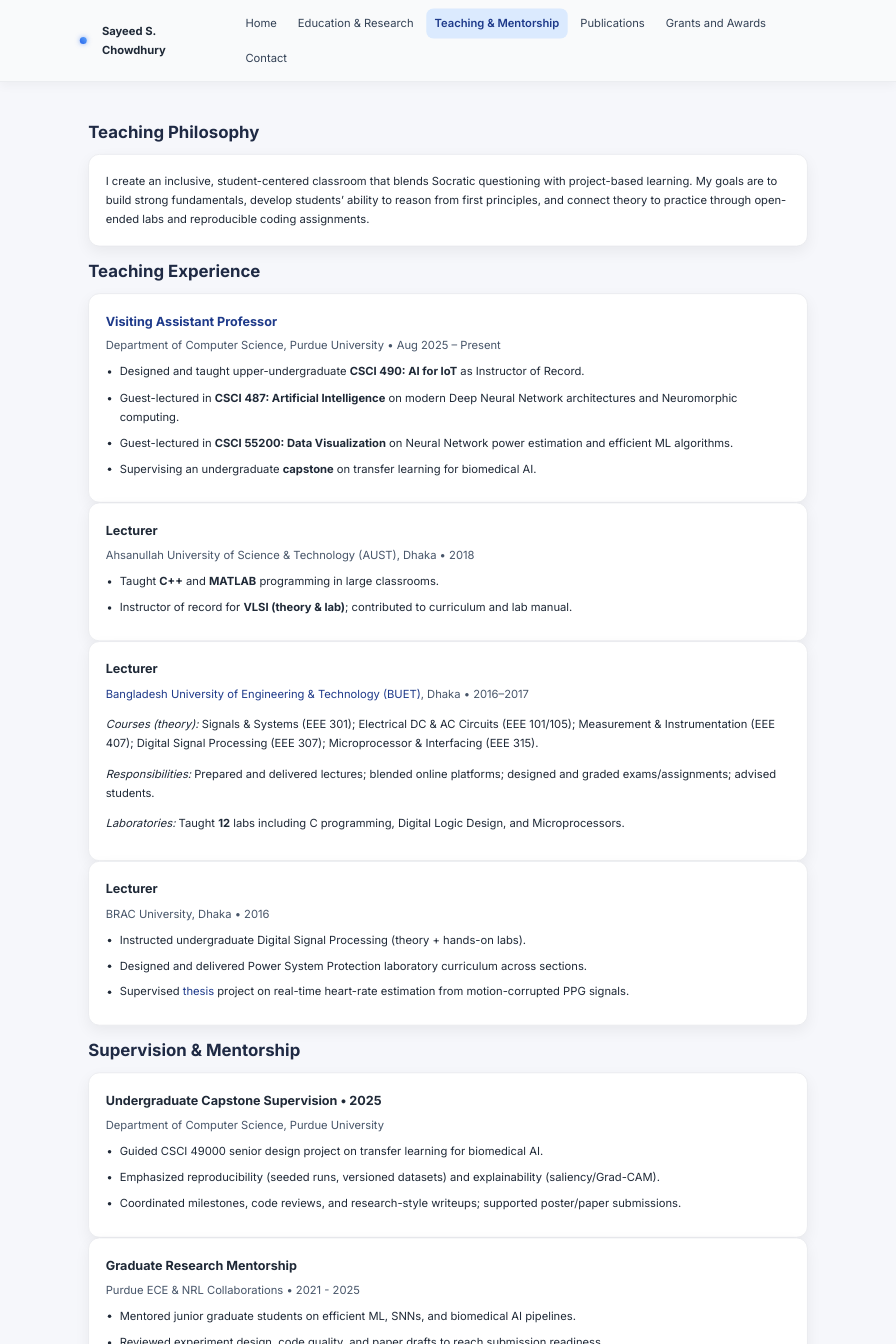
Repository: SayeedChowdhury/SayeedChowdhury.github.io
Page: teaching.html
The author's editor kept a copy of each file at every save. The page is drawn from the files as they stood at one save, then again after the next save.
The browser window is 1280 px wide. The pictures show the part of the page from y = 0 to 1920 px (the page is 3408 px tall), at 70% of full size.

Above is the page before, as saved 2025-08-29 18:20:02.

### teaching.html
<!doctype html>
<html lang="en">
<head>
  <meta charset="utf-8">
  <meta name="viewport" content="width=device-width, initial-scale=1">
  <title>Teaching & Mentorship • Sayeed S. Chowdhury</title>
  <link rel="preconnect" href="https://fonts.googleapis.com">
  <link rel="preconnect" href="https://fonts.gstatic.com" crossorigin>
  <link href="https://fonts.googleapis.com/css2?family=Inter:wght@400;600;700&display=swap" rel="stylesheet">
  <link rel="stylesheet" href="assets/style.css">
</head>
<body>
<div class="nav">
  <div class="inner container">
    <div class="brand"><span class="dot"></span> <a href="index.html" style="text-decoration:none;color:inherit;">Sayeed S. Chowdhury</a></div>
    <div style="margin-left:auto; display:flex; gap:6px; flex-wrap:wrap">
      <a href="index.html" class="">Home</a>
      <a href="edu-exp.html" class="">Education & Research</a>
      <a href="teaching.html" class="active">Teaching & Mentorship</a>
      <!-- <a href="research.html" class="">Research</a> -->
      <a href="publications.html" class="">Publications</a>
      <a href="awards.html" class="">Grants and Awards</a>
      <a href="contact.html" class="">Contact</a>
    </div>
  </div>
</div>
<div class="container">

  <section class="section">
    <h2>Teaching Philosophy</h2>
    <div class="card">
      <p style="margin:0">
        I create an inclusive, student-centered classroom that blends Socratic questioning with project-based learning.
        My goals are to build strong fundamentals, develop students’ ability to reason from first principles, and connect
        theory to practice through open-ended labs and reproducible coding assignments.
      </p>
    </div>

    <h2>Teaching Experience</h2>

    <!-- Purdue — Visiting Assistant Professor -->
    <div class="card">
      <h3><a href="https://www.cs.purdue.edu/people/faculty/chowdh23.html" target="_blank" rel="noopener">Visiting Assistant Professor</a></h3>
      <div class="lead">Department of Computer Science, Purdue University • Aug&nbsp;2025 – Present</div>
      <ul class="list">
        <li>Designed and taught upper-undergraduate <strong>CSCI 490: AI for IoT</strong> as Instructor of Record.</li>
        <li>Guest-lectured in <strong>CSCI 487: Artificial Intelligence</strong> on modern Deep Neural Network architectures and Neuromorphic computing.</li>
        <li>Guest-lectured in <strong>CSCI 55200: Data Visualization</strong> on Neural Network power estimation and efficient ML algorithms.</li>
        <li>Supervising an undergraduate <strong>capstone</strong> on transfer learning for biomedical AI.</li>
      </ul>
    </div>

    <!-- AUST -->
    <div class="card">
      <h3>Lecturer</h3>
      <div class="lead">Ahsanullah University of Science &amp; Technology (AUST), Dhaka • 2018</div>
      <ul class="list">
        <li>Taught <strong>C++</strong> and <strong>MATLAB</strong> programming in large classrooms.</li>
        <li>Instructor of record for <strong>VLSI (theory &amp; lab)</strong>; contributed to curriculum and lab manual.</li>
      </ul>
    </div>

    <!-- BUET -->
    <div class="card">
      <h3>Lecturer</h3>
      <div class="lead"> <a href="https://sayeed.buet.ac.bd/" target="_blank" rel="noopener">Bangladesh University of Engineering &amp; Technology (BUET)</a>, Dhaka • 2016–2017</div>
      <p><em>Courses (theory):</em> Signals &amp; Systems (EEE 301); Electrical DC &amp; AC Circuits (EEE 101/105);
        Measurement &amp; Instrumentation (EEE 407); Digital Signal Processing (EEE 307);
        Microprocessor &amp; Interfacing (EEE 315).</p>
      <p><em>Responsibilities:</em> Prepared and delivered lectures; blended online platforms; designed and graded
        exams/assignments; advised students.</p>
      <p><em>Laboratories:</em> Taught <strong>12</strong> labs including C programming, Digital Logic Design, and Microprocessors.</p>
    </div>

    <!-- BRAC University -->
    <div class="card">
      <h3>Lecturer</h3>
      <div class="lead">BRAC University, Dhaka • 2016</div>
      <ul class="list">
        <li>Instructed undergraduate Digital Signal Processing (theory + hands-on labs).</li>
        <li>Designed and delivered Power System Protection laboratory curriculum across sections.</li>
        <li>Supervised <a href="https://dspace.bracu.ac.bd/xmlui/handle/10361/8610?show=full" target="_blank" rel="noopener">thesis</a> project on real-time heart-rate estimation from motion-corrupted PPG signals.</li>
      </ul>
    </div>

    <h2>Supervision &amp; Mentorship</h2>

    <!-- Undergraduate Capstone -->
    <div class="card">
      <h3>Undergraduate Capstone Supervision • 2025</h3>
      <div class="lead">Department of Computer Science, Purdue University</div>
      <ul class="list">
        <li>Guided CSCI 49000 senior design project on transfer learning for biomedical AI.</li>
        <li>Emphasized reproducibility (seeded runs, versioned datasets) and explainability (saliency/Grad-CAM).</li>
        <li>Coordinated milestones, code reviews, and research-style writeups; supported poster/paper submissions.</li>
      </ul>
    </div>

    <!-- Graduate Mentorship -->
    <div class="card">
      <h3>Graduate Research Mentorship</h3>
      <div class="lead">Purdue ECE &amp; NRL Collaborations • 2021 - 2025</div>
      <ul class="list">
        <li>Mentored junior graduate students on efficient ML, SNNs, and biomedical AI pipelines.</li>
        <li>Reviewed experiment design, code quality, and paper drafts to reach submission readiness.</li>
        <li>Mentorship contributed to peer-reviewed <a href=" https://ieeexplore.ieee.org/abstract/document/11078244" target="_blank" rel="noopener">publications</a> and reproducible repos.</li>
      </ul>
    </div>

    <!-- SURF Projects -->
    <div class="card">
      <h3>Undergraduate Research Mentor (SURF)</h3>
      <div class="lead">School of Electrical &amp; Computer Engineering, Purdue University • 2023</div>
      <ul class="list">
        <li>Mentored projects on spiking neural networks for language modeling and sequence tasks.</li>
        <li>Set up experiment tracking (wandb/CSV logs), ablations, and benchmarking baselines.</li>
        <li>Resulted in student co-authored research presentations.</li>
      </ul>
    </div>


    <!-- Competitions -->

<div class="card">
  <h3>Competition Mentorship</h3>
  <div class="lead">IEEE Signal Processing (SP) Cup, IEEE Video and Image Processing (VIP) Cup</div>
  <ul class="list">
    <li>
      Mentored an undergraduate team at Bangladesh University of Engineering &amp; Technology (BUET)
      for the <em>4th <a href="https://ieeexplore.ieee.org/document/7974869" target="_blank" rel="noopener">IEEE Signal Processing Cup (2017)</a></em> on real-time music beat prediction, achieving
      <strong>Honorable Mention</strong>.
    </li>
    <li>
      Guided a BUET student team in the <em>1st <a href="https://ieeexplore.ieee.org/stamp/stamp.jsp?arnumber=8310690" target="_blank" rel="noopener">IEEE Video and Image Processing Cup</a></em> to develop a traffic
      sign detection system for self-driving cars, securing <strong>3rd place worldwide</strong>.
    </li>
    <li>
      Supervised an undergraduate team at Ahsanullah University of Science and Technology (AUST)
      for the <em>7th <a href="https://arxiv.org/pdf/2007.10812" target="_blank" rel="noopener">IEEE Signal Processing Cup (2020)</a></em> on anomaly detection in an unsupervised surveillance
      setting, ranking <strong>8th place worldwide</strong>.
    </li>
  </ul>

  <!-- Competition Images with Captions -->
  <div style="display: flex; flex-wrap: wrap; gap: 10px; margin-top: 15px;">
    <figure style="flex: 1; min-width: 280px; text-align: center;">
      <img src="images/competition1.png" alt="IEEE VIP Cup 2017 Team and Competition" style="max-width: 100%; border-radius: 8px;">
      <figcaption style="font-size: 0.9em; color: #555; margin-top: 5px;">
        IEEE VIP Cup 2017 — BUET Team &amp; On-site Competition
      </figcaption>
    </figure>
    <figure style="flex: 1; min-width: 280px; text-align: center;">
      <img src="images/competition2.png" alt="IEEE SPC 2017 Team and Project Display" style="max-width: 100%; border-radius: 8px;">
      <figcaption style="font-size: 0.9em; color: #555; margin-top: 5px;">
        IEEE Signal Processing Cup 2017 — BUET Team &amp; Project Showcase
      </figcaption>
    </figure>
  </div>
</div>



      <!-- Undergraduate Capstone -->
    <div class="card">
      <h3>Undergraduate Thesis Supervision </h3>
      <div class="lead">Department of EEE, BRAC University • 2017</div>
      <ul class="list">
        <li>Supervised <a href="https://dspace.bracu.ac.bd/xmlui/handle/10361/8610?show=full" target="_blank" rel="noopener">thesis</a> project on real-time heart-rate estimation from motion-corrupted PPG signals, guiding research design, algorithm selection, and ethical compliance.</li>
        <li>Mentored students in refining research questions, coding best practices, version control, and reproducible experiment pipelines, with regular progress reviews and milestone tracking.</li>
        <li>Provided detailed feedback on technical writing, presentation skills, and defense preparation, ensuring readiness for academic and industry audiences.</li>
        </ul>
    </div>
</div>

  </section>

</div>
<div class="footer">© 2025 Sayeed Shafayet Chowdhury • Built with GitHub Pages</div>
</body>
</html>

### assets/style.css
/* ================================
   Sayeed S. Chowdhury — style.css
   Mild light theme (no top halo)
   ================================ */

   :root{
    --bg:#f6f7fb;          /* mild light (not white) */
    --panel:#ffffff;       /* card surface */
    --panel-2:#f1f5fb;     /* subtle secondary surface */
    --ink:#1f2937;         /* main text (slate-800) */
    --muted:#475569;       /* secondary text (slate-600) */
    --navy:#1e3a8a;        /* accent for nav/links (blue-900) */
    --gold:#b58500;        /* optional accent */
    --border:#e5e7eb;      /* card/nav borders */
    --shadow:0 8px 22px rgba(0,0,0,.06);
    --radius:16px;
  }

  /* Base */
  *{ box-sizing:border-box }
  html,body{ height:100% }
  body{
    margin:0;
    color:var(--ink);
    background:var(--bg); /* removed radial gradients/halo */
    font:16px/1.7 "Inter", system-ui, -apple-system, Segoe UI, Roboto, Helvetica, Arial;
    -webkit-font-smoothing:antialiased;
    text-rendering:optimizeLegibility;
  }

  .container{ max-width:1100px; margin:0 auto; padding:24px }

  /* Top Nav */
  .nav{
    position:sticky; top:0; z-index:10;
    background:#f9fafb;                      /* solid so it’s visible */
    backdrop-filter:saturate(140%) blur(6px);
    border-bottom:1px solid var(--border);
    box-shadow:0 6px 14px rgba(0,0,0,.04);
  }
  .nav .inner{ display:flex; align-items:center; gap:16px; padding:12px 24px; }
  .nav .brand{ display:flex; align-items:center; gap:10px; font-weight:700; color:var(--ink) }
  .nav .brand .dot{ width:10px; height:10px; border-radius:50%; background:linear-gradient(45deg,#2563eb,#60a5fa); box-shadow:0 0 8px rgba(37,99,235,.5) }
  .nav a{
    color:#334155;                            /* slate-700: readable */
    text-decoration:none;
    padding:8px 12px;
    border-radius:10px;
  }
  .nav a:hover{
    color:var(--navy);
    background:#e6edf7;                       /* gentle hover pill */
  }
  .nav a.active{
    color:var(--navy);
    background:#dbeafe;                       /* visible active pill */
    font-weight:600;
  }
  .nav a:focus-visible{ outline:2px solid #93c5fd; outline-offset:2px }

  /* Hero & Layout */
  .hero{
    display:grid; grid-template-columns:1.1fr .9fr; gap:28px; align-items:stretch;
    padding:48px 24px 12px;
  }
  .row{ display:flex; gap:18px; flex-wrap:wrap; align-items:center }

  /* Cards */
  .card{
    background:var(--panel);
    border:1px solid var(--border);
    border-radius:var(--radius);
    box-shadow:var(--shadow);
    padding:24px;
  }
  .cards{ display:grid; grid-template-columns:repeat(12,1fr); gap:20px; margin-top:18px }
  .card.grid-12{ grid-column:span 12 }
  .card.grid-6{ grid-column:span 6 }
  .card.grid-4{ grid-column:span 4 }

  /* Typography */
  h1{ font-size:32px; margin:0 0 6px }         /* smaller homepage name */
  h2{ font-size:24px; margin:16px 0 10px; color:#1f2a44 }
  h3{ font-size:18px; margin:0 0 6px }
  .lead{ color:var(--muted); font-size:16px }
  .kicker{ color:var(--gold); font-weight:700; letter-spacing:.4px; text-transform:uppercase; font-size:12px }
  .page-title{ margin:8px 0 16px }
  .page-title h1{ font-size:46px; letter-spacing:.4px; margin:0; color:#1f2a44 }

  /* Lists */
  .list{ padding-left:20px; margin:0 }
  .list li{ margin:10px 0 }

  /* Headshot */
  .headshot{
    width:160px; height:160px; border-radius:50%; object-fit:cover;
    border:3px solid #eef2ff; box-shadow:0 4px 14px rgba(0,0,0,.06)
  }

  /* Badges & Pills */
  .badges{ display:flex; flex-wrap:wrap; gap:10px; margin-top:14px }
  .badge{
    background:#f1f5fb; border:1px solid #dbe4f2; color:#2b4a6a;
    padding:6px 10px; border-radius:999px; font-size:13px
  }
  .pill{
    display:inline-block; padding:5px 10px; border:1px solid var(--border);
    border-radius:999px; font-size:12px; color:var(--muted); margin-right:8px
  }

  /* Buttons */
  .cta{ display:flex; gap:12px; flex-wrap:wrap; margin-top:12px }
  .button{
    display:inline-flex; align-items:center; gap:10px;
    padding:12px 16px; border-radius:12px;
    border:1px solid #c7d2fe; background:#eef2ff; color:#1f2937;
    text-decoration:none; font-weight:600;
  }
  .button:hover{ background:#e0e7ff }
  .button.secondary{ background:#ffffff; border:1px solid #e4e8ef }

  /* Links (site-wide) */
  a{ color:#1e3a8a; text-decoration:none }
  a:hover{ color:#0f2a6e; text-decoration:underline }
  a:visited{ color:#1e3a8a } /* avoid purple on visited */

  /* Sections */
  .section{ padding:12px }
  .section .title{ display:flex; align-items:center; justify-content:space-between }

  /* Footer (visible on light) */
  .footer{
    background:#f9fafb;
    color:#475569;
    border-top:1px solid var(--border);
    text-align:center;
    padding:20px;
    margin-top:40px;
  }

  /* Forms (if any) */
  input, textarea, select{
    background:#fff; color:var(--ink); border:1px solid var(--border);
    border-radius:10px; padding:10px 12px
  }
  input:focus, textarea:focus, select:focus{
    outline:2px solid #93c5fd; outline-offset:2px
  }

  /* Responsive */
  @media (max-width: 900px){
    .hero{ grid-template-columns:1fr }
    .card.grid-6, .card.grid-4{ grid-column:span 12 }
  }

  /* Print */
  @media print{
    .nav, .footer, .cta{ display:none }
    body{ background:#ffffff; color:#111 }
    .card{ box-shadow:none; border-color:#ddd }
  }

After the next save:
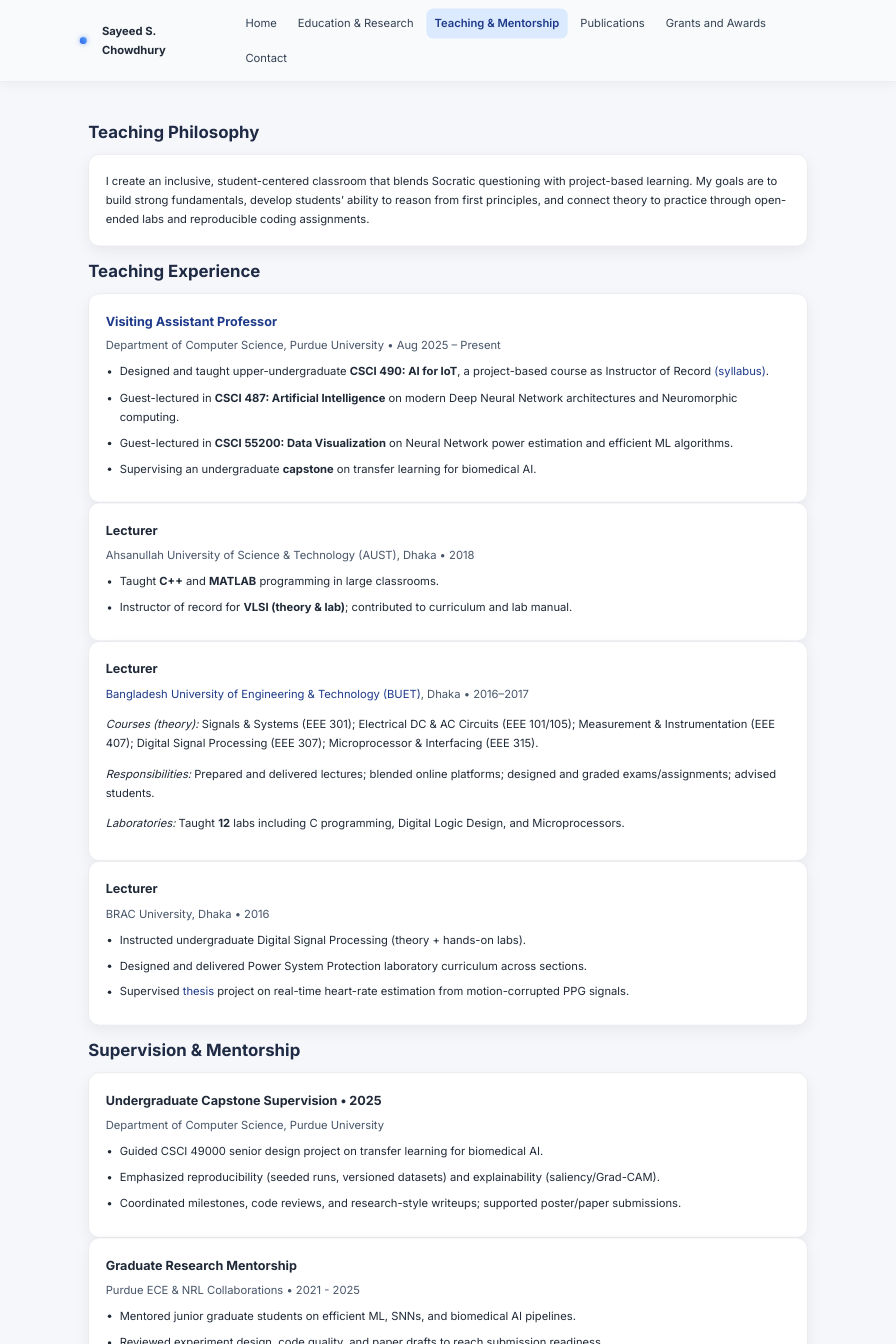
Saved 99 s later.
--- a/teaching.html
+++ b/teaching.html
@@ -43,7 +43,7 @@
       <h3><a href="https://www.cs.purdue.edu/people/faculty/chowdh23.html" target="_blank" rel="noopener">Visiting Assistant Professor</a></h3>
       <div class="lead">Department of Computer Science, Purdue University • Aug&nbsp;2025 – Present</div>
       <ul class="list">
-        <li>Designed and taught upper-undergraduate <strong>CSCI 490: AI for IoT</strong> as Instructor of Record.</li>
+        <li>Designed and taught upper-undergraduate <strong>CSCI 490: AI for IoT</strong>, a project-based course as Instructor of Record <a href="assets/AIot-syllabus.pdf" target="_blank" rel="noopener">(syllabus)</a>.</li>
         <li>Guest-lectured in <strong>CSCI 487: Artificial Intelligence</strong> on modern Deep Neural Network architectures and Neuromorphic computing.</li>
         <li>Guest-lectured in <strong>CSCI 55200: Data Visualization</strong> on Neural Network power estimation and efficient ML algorithms.</li>
         <li>Supervising an undergraduate <strong>capstone</strong> on transfer learning for biomedical AI.</li>
